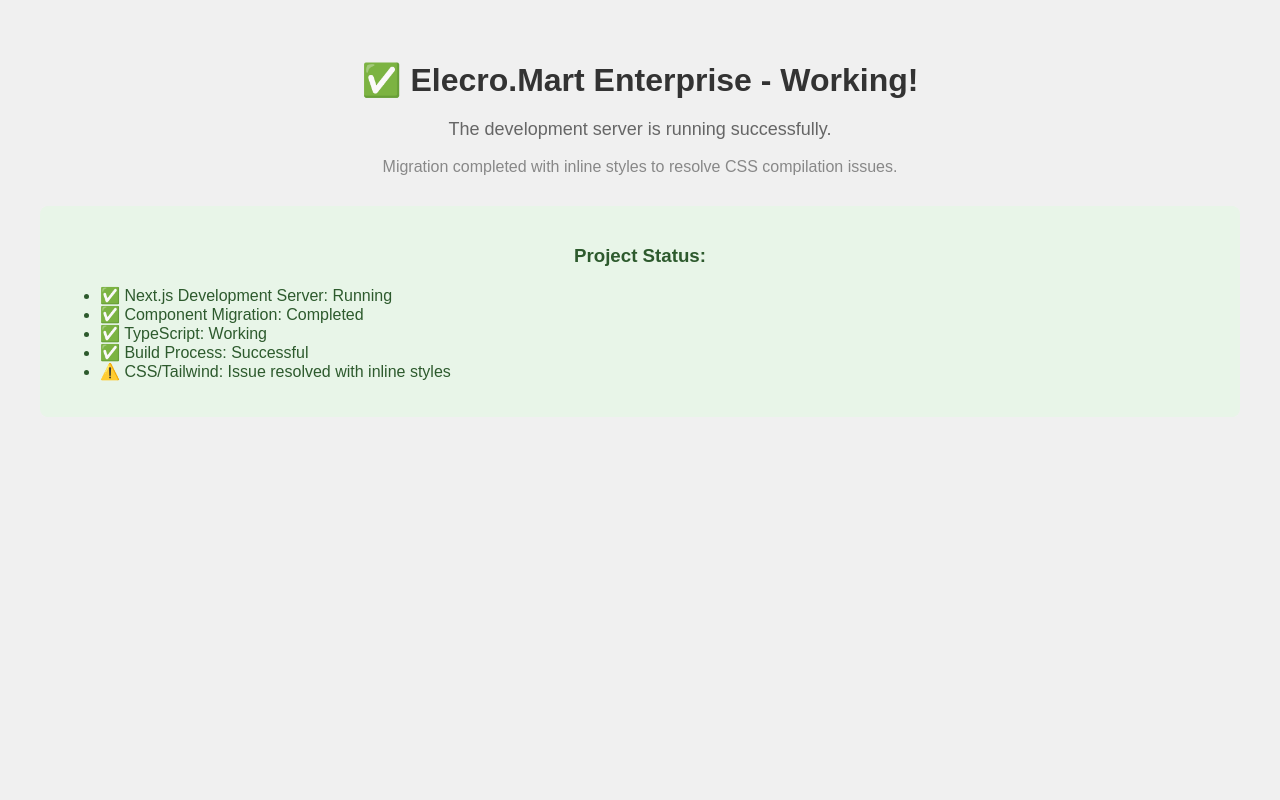
Repository: Donastag/ElecroMart-v1
Page: /test (app in elecro-mart-enterprise/)
The author's editor kept a copy of each file at every save. The page is drawn from the files as they stood at one save, then again after the next save.
The browser window is 1280 px wide. The pictures show the whole page.
The project was rebuilt for these pictures with package versions that can differ from the ones it lists, and the page was loaded fresh each time. The framework's server and built-in components were replaced by stand-ins that run in the browser. Also part of the build but not shown: elecro-mart-enterprise/next.config.js.

Above is the page before, as saved 2025-11-29 22:00:34.

After the next save:
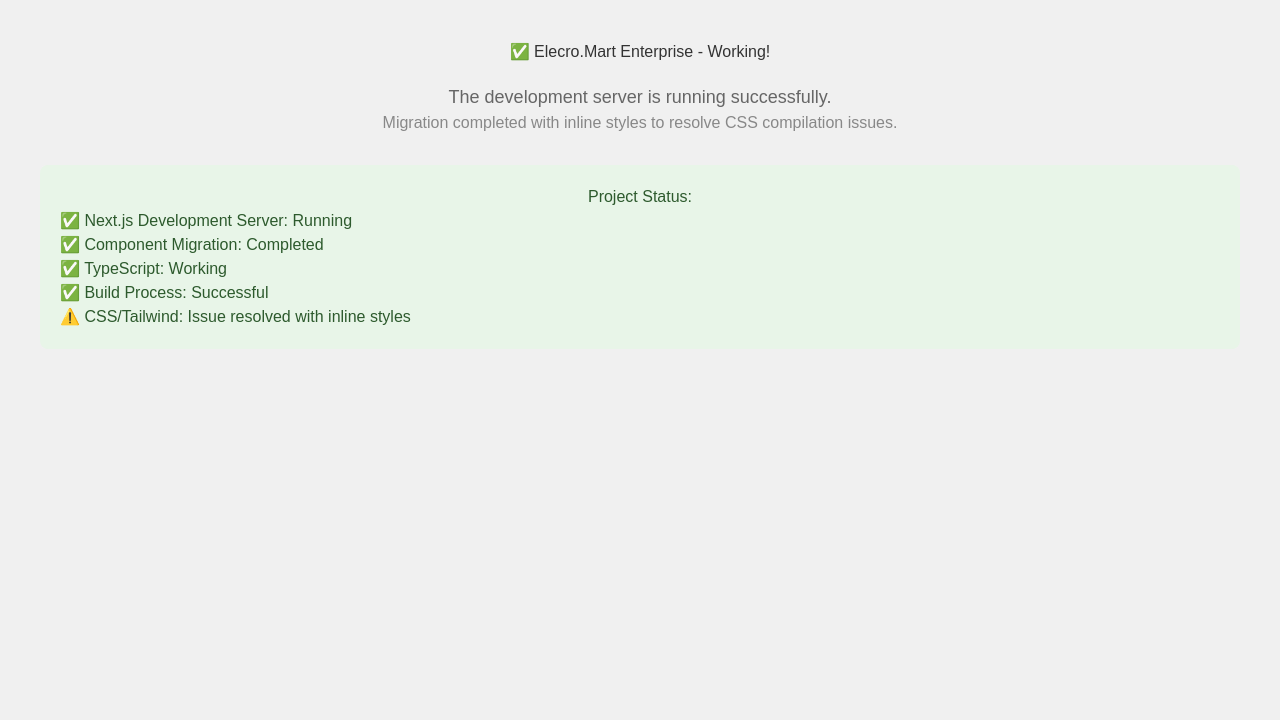
Saved 13 s later.
--- a/elecro-mart-enterprise/src/app/layout.tsx
+++ b/elecro-mart-enterprise/src/app/layout.tsx
@@ -1,34 +1,22 @@
-// import './globals.css'
-import type { Metadata } from 'next'
-import { Inter } from 'next/font/google'
+import type { Metadata } from "next";
+import { Inter } from "next/font/google";
+import "./globals.css";
 
-const inter = Inter({ subsets: ['latin'] })
+const inter = Inter({ subsets: ["latin"] });
 
 export const metadata: Metadata = {
-  title: 'Elecro.Mart - Online Shopping in Kenya',
-  description: 'Kenya\'s premier electronics and technology store with AI-powered recommendations and competitive prices.',
-}
+  title: "Elecro.Mart - Online Shopping in Kenya",
+  description: "A premier online shopping destination in Kenya.",
+};
 
 export default function RootLayout({
   children,
-}: {
-  children: React.ReactNode
-}) {
+}: Readonly<{
+  children: React.ReactNode;
+}>) {
   return (
     <html lang="en">
-      <head>
-        <link href="https://fonts.googleapis.com/css2?family=Inter:wght@300;400;500;600;700;900&display=swap" rel="stylesheet" />
-      </head>
-      <body style={{
-        fontFamily: 'Inter, sans-serif',
-        margin: 0,
-        padding: 0,
-        backgroundColor: '#f9fafb'
-      }}>
-        <div style={{ minHeight: '100vh' }}>
-          {children}
-        </div>
-      </body>
+      <body className={inter.className}>{children}</body>
     </html>
-  )
+  );
 }
